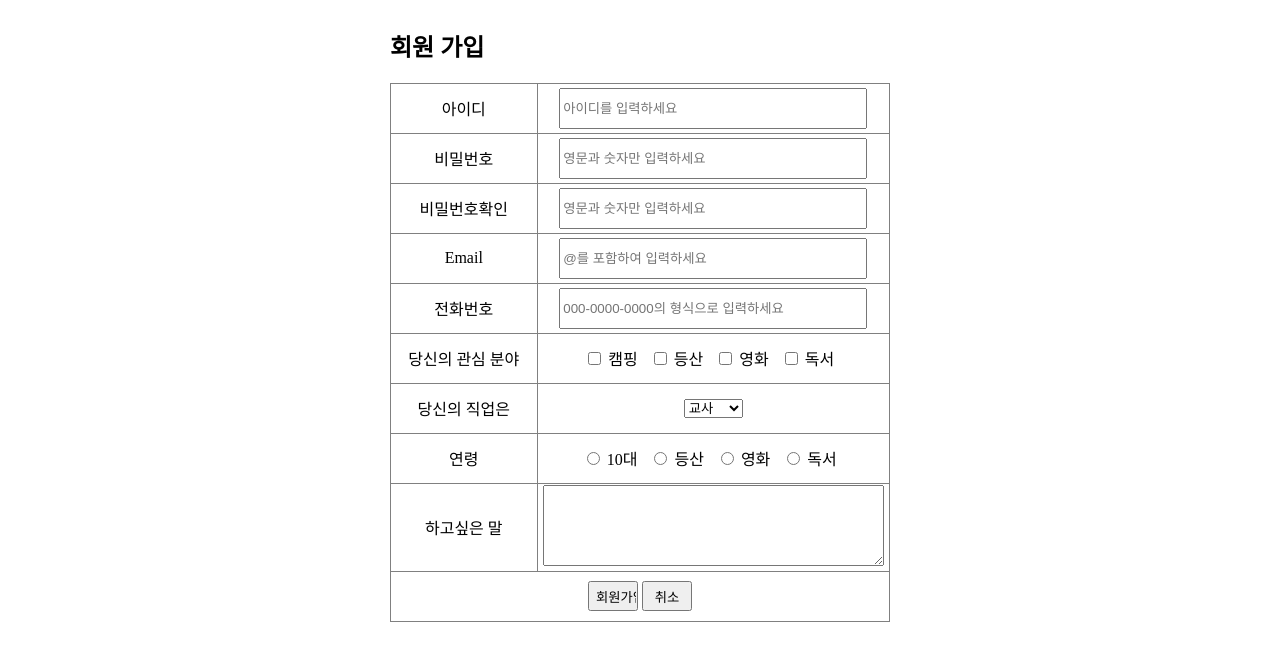
Repository: ksj2001/JSPclass2023
Page: http://localhost/Chapter01/RequestJoin.jsp
An editor plug-in stored every save of this project. The page is shown before and after the next save, followed by the edit.
The browser window is 1280 px wide. The pictures show the whole page.
The page is served by Tomcat 9.

Above is the page before, as saved 2023-11-08 07:57:02.

### Chapter01/src/main/webapp/RequestJoin.jsp
<%@ page language="java" contentType="text/html; charset=UTF-8"
    pageEncoding="UTF-8"%>
<!DOCTYPE html>
<html>
<head>
<meta charset="UTF-8">
<title>Insert title here</title>
<style>
	body{
		display: flex;
		justify-content: center;
	}
	table{
		border-collapse: collapse;
	}
	.content{
		width: 300px;
		height: 35px;
	}
	input[type='submit'],input[type='reset']{
		width: 50px;
		height: 30px;
	}
</style>
</head>
<body>
	<div class="container">
		<h2>회원 가입</h2>
		<form action="RequestJoinProc.jsp" methods="post">
			<table width="500" border="1">
				<tr height="50">
					<td width="150" align="center">아이디</td>
					<td width="350" align="center">
						<input type="text" name="id" class="content"
						placeholder="아이디를 입력하세요">
					</td>
				</tr>
				<tr height="50">
					<td width="150" align="center">비밀번호</td>
					<td width="350" align="center">
						<input type="password" name="pw" class="content"
						placeholder="영문과 숫자만 입력하세요">
					</td>
				</tr>
				<tr height="50">
					<td width="150" align="center">비밀번호확인</td>
					<td width="350" align="center">
						<input type="password" name="pwchk" class="content"
						placeholder="영문과 숫자만 입력하세요">
					</td>
				</tr>
				<tr height="50">
					<td width="150" align="center">Email</td>
					<td width="350" align="center">
						<input type="email" name="email" class="content"
						placeholder="@를 포함하여 입력하세요">
					</td>
				</tr>
				<tr height="50">
					<td width="150" align="center">전화번호</td>
					<td width="350" align="center">
						<input type="tel" name="tel" class="content"
						placeholder="000-0000-0000의 형식으로 입력하세요">
					</td>
				</tr>
				<tr height="50">
					<td width="150" align="center">당신의 관심 분야</td>
					<td width="350" align="center">
						<input type="checkbox" name="hobby" value="캠핑" id="camping">
						<label for="camping">캠핑</label>&nbsp;&nbsp;
						<input type="checkbox" name="hobby" value="등산" id="mount">
						<label for="mount">등산</label>&nbsp;&nbsp;
						<input type="checkbox" name="hobby" value="영화" id="movie">
						<label for="movie">영화</label>&nbsp;&nbsp;
						<input type="checkbox" name="hobby" value="독서" id="book">
						<label for="book">독서</label>&nbsp;&nbsp;
					</td>
				</tr>
				<tr height="50">
					<td width="150" align="center">당신의 직업은</td>
					<td width="350" align="center">
						<select name="job">
							<option value="교사">교사
							<option value="변호사">변호사
							<option value="의사">의사
							<option value="기술사">기술사
						</select>
					</td>
				</tr>
				<tr height="50">
					<td width="150" align="center">연령</td>
					<td width="350" align="center">
						<input type="radio" name="age" value="10대" id="teenage">
						<label for="teenage">10대</label>&nbsp;&nbsp;
						<input type="radio" name="age" value="20대" id="twenty">
						<label for="twenty">등산</label>&nbsp;&nbsp;
						<input type="radio" name="age" value="30대" id="thirty">
						<label for="thirty">영화</label>&nbsp;&nbsp;
						<input type="radio" name="age" value="40대" id="forty">
						<label for="forty">독서</label>&nbsp;&nbsp;
					</td>
				</tr>
				<tr height="50">
					<td width="150" align="center">하고싶은 말</td>
					<td width="350" align="center">
						<textarea rows="5" cols="40" name="info"></textarea>
					</td>
				</tr>
				<tr height="50">
					<td align="center" colspan="2">
						<input type="submit" value="회원가입">
						<input type="reset" value="취소">
					</td>
				</tr>
			</table>
		</form>
	</div>
</body>
</html>

After the next save:
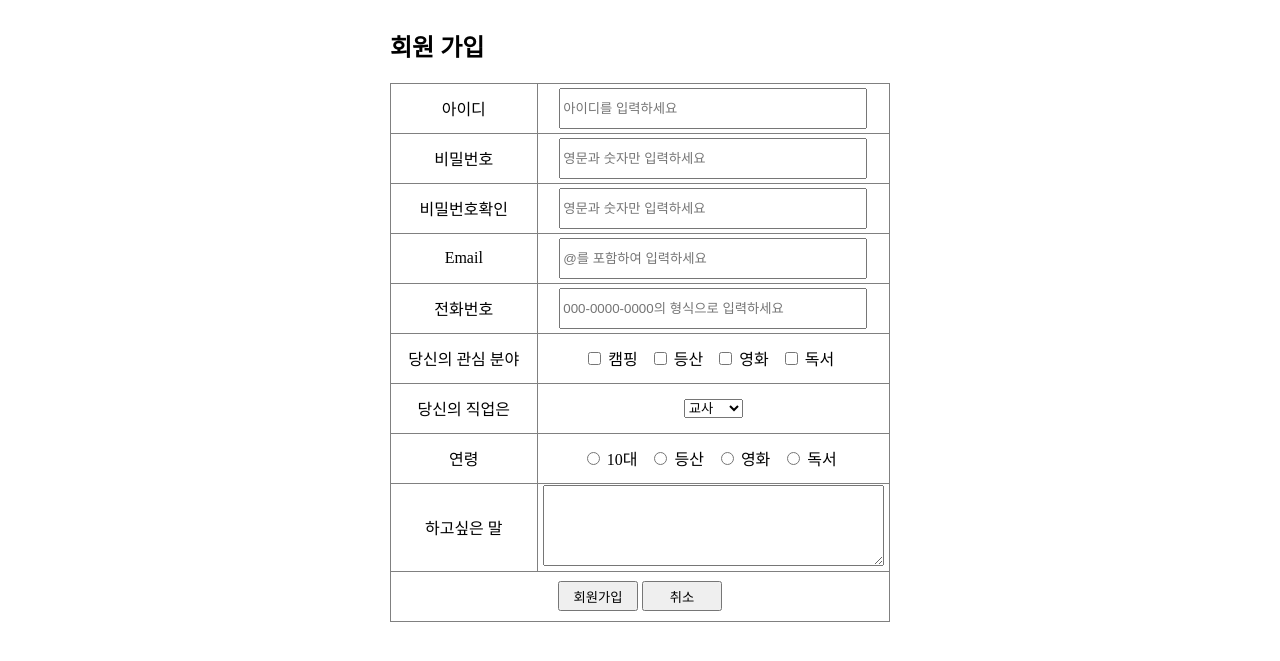
Saved 13 s later.
--- a/Chapter01/src/main/webapp/RequestJoin.jsp
+++ b/Chapter01/src/main/webapp/RequestJoin.jsp
@@ -18,7 +18,7 @@
 		height: 35px;
 	}
 	input[type='submit'],input[type='reset']{
-		width: 50px;
+		width: 80px;
 		height: 30px;
 	}
 </style>
